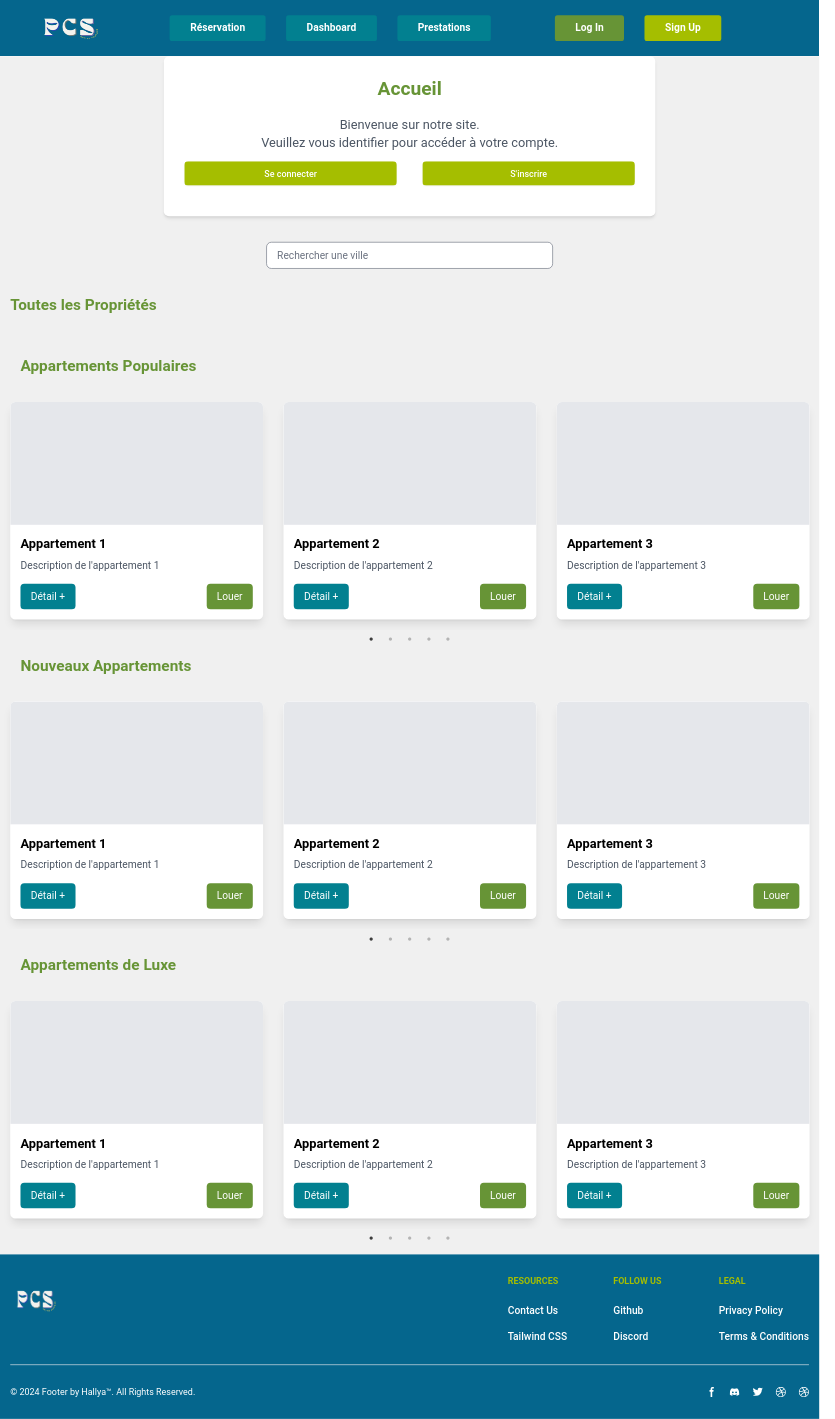
Repository: HATTOUNGBRE/ProjetAnnuel2
Page: /logout (app in FRONT/)
These files come from the project's save history. The page is drawn as it stood at one moment and after the next save; the edit follows.
The browser window is 1280 px wide. The page is 1305 px wide, so the pictures cover 1305 px, including what lies to the right of the window. The pictures show the whole page, at 64% of full size.
The page's requests for data from a server got no answer. The project was rebuilt for these pictures with package versions that can differ from the ones it lists, and the page was loaded fresh each time. No one was signed in, and anything a server would have sent is missing. Also part of the build but not shown: FRONT/vite.config.js, FRONT/src/components/PropertyCard.jsx, FRONT/src/components/Contact.jsx, FRONT/src/components/CatUser.jsx, FRONT/src/components/Login.jsx, FRONT/src/components/prestataire/PrestataireType.jsx, FRONT/src/components/prestataire/PrestataireDetails.jsx, FRONT/src/components/Account.jsx and 14 more.

Above is the page before, as saved 2024-06-27 17:54:14.

### FRONT/src/main.jsx
import React from 'react'
import ReactDOM from 'react-dom/client'
import App from './App.jsx'
import './App.css'
import { AuthProvider } from './components/AuthContext';
import {
  BrowserRouter,
  Route,
  Link
} from "react-router-dom";

ReactDOM.createRoot(document.getElementById('root')).render(
  <React.StrictMode>
    <AuthProvider>
    <App />
    </AuthProvider>
  </React.StrictMode>,
)

### FRONT/src/App.css
@tailwind base;
@tailwind components;
@tailwind utilities;

html, body {
  height: 100%;
  width: 100%;
  margin: 0;
  padding: 0;
  font-family: 'Roboto', sans-serif;
}


.logo {
  height: 5em;
  width: 7em;
  /* will-change: filter; */
  transition: filter 300ms;
}
.logo:hover {
}
.logo.react:hover {
  filter: drop-shadow(0 0 2em #61dafbaa);
}

@keyframes logo-spin {
  from {
    transform: rotate(0deg);
  }
  to {
    transform: rotate(360deg);
  }
}


.card {
  padding: 2em;
}

.read-the-docs {
  color: #888;
}
footer {
  position: absolute;
  left: 0;
  bottom: 0;
  width: 100%;
}
html, body {
  height: 100%;
  margin: 0;
  padding: 0;

}



footer {
  flex-shrink: 0; /* Empêche le pied de page de rétrécir si le contenu est trop grand */
}

.main-content {
  flex: 1;
  padding: 24px;
  overflow-y: auto;
  display: flex;
  flex-direction: column;
}

### FRONT/src/components/AuthContext.jsx
import React, { createContext, useState, useEffect } from 'react';
import Cookies from 'js-cookie';

const AuthContext = createContext();

export const AuthProvider = ({ children }) => {
  const [isLoggedIn, setIsLoggedIn] = useState(false);
  const [userRole, setUserRole] = useState('');
  const [userId, setUserId] = useState(null);
  const [userName, setUserName] = useState('');
  const [userSurname, setUserSurname] = useState('');
  const [category, setCategoryUserId] = useState(null);

  const fetchUserDetails = async (userId) => {
    try {
      const response = await fetch(`http://localhost:8000/api/user/${userId}`);
      const data = await response.json();

      if (response.ok) {
        setIsLoggedIn(true);
        setUserId(data.id);
        setUserName(data.name);
        setUserSurname(data.surname);
        setCategoryUserId(data.category_user);
        setUserRole(Cookies.get('role')); // Ensure the role is set from the cookie
      } else {
        setIsLoggedIn(false);
        setUserId(null);
        setUserName('');
        setUserSurname('');
        setCategoryUserId(null);
        setUserRole('');
      }
    } catch (error) {
      console.error('Error fetching user details:', error);
    }
  };

  useEffect(() => {
    const token = Cookies.get('authToken');
    const storedUserRole = Cookies.get('role');
    const storedUserId = Cookies.get('userId');

    if (token && storedUserId) {
      setIsLoggedIn(true);
      setUserRole(storedUserRole || '');
      fetchUserDetails(storedUserId); // Fetch user details
    }
  }, []);

  const login = (token, role, userId, userName, userSurname, category) => {
    Cookies.set('authToken', token, { expires: 1 });
    Cookies.set('role', role, { expires: 1 });
    Cookies.set('userId', userId, { expires: 1 });
    Cookies.set('userName', userName, { expires: 1 });
    Cookies.set('userSurname', userSurname, { expires: 1 });
    Cookies.set('category', category, { expires: 1 });

    setIsLoggedIn(true);
    setUserRole(role);
    setUserId(userId);
    setUserName(userName);
    setUserSurname(userSurname);
    setCategoryUserId(category);
  };

  const logout = () => {
    Cookies.remove('authToken');
    Cookies.remove('role');
    Cookies.remove('userId');
    Cookies.remove('userName');
    Cookies.remove('userSurname');
    Cookies.remove('category');

    setIsLoggedIn(false);
    setUserRole('');
    setUserId(null);
    setUserName('');
    setUserSurname('');
    setCategoryUserId(null);
  };

  return (
    <AuthContext.Provider value={{ isLoggedIn, userRole, userId, userName, userSurname, category, login, logout, fetchUserDetails }}>
      {children}
    </AuthContext.Provider>
  );
};

export default AuthContext;

### FRONT/src/components/Header.jsx
import { useState, useEffect } from 'react';
import Nav from './Nav';
import { Link } from "react-router-dom";

function Header(props) {
  const { isLoggedIn, userRole } = props;

  return (
    <div>
      <header className="bg-pcs-200 sticky top-0 z-[20]">
        <nav className="bg-pcs-200 border-gray-200 dark:bg-gray-900 w-full">
          <div className="w-full flex flex-wrap items-center justify-around p-1">
            <Link to="/" className="flex items-center space-x-3 rtl:space-x-reverse">
              <img src="/public/images/fullDay.png" className="h-8 logo" alt="PCSLogo" />
            </Link>
            <Nav isLoggedIn={isLoggedIn} userRole={userRole} />
            <button
              data-collapse-toggle="navbar-default"
              type="button"
              className="inline-flex items-center p-2 w-10 h-10 justify-center text-sm text-gray-500 rounded-lg md:hidden focus:outline-none focus:ring-2 focus:ring-gray-200 dark:text-gray-400 dark:focus:ring-gray-600"
              aria-controls="navbar-default"
              aria-expanded="false"
            >
              <span className="sr-only">Open main menu</span>
              <svg
                className="w-5 h-5"
                aria-hidden="true"
                xmlns="http://www.w3.org/2000/svg"
                fill="none"
                viewBox="0 0 17 14"
              >
                <path
                  stroke="currentColor"
                  strokeLinecap="round"
                  strokeLinejoin="round"
                  strokeWidth="2"
                  d="M1 1h15M1 7h15M1 13h15"
                />
              </svg>
            </button>
            <div className="hidden w-full md:block md:w-auto" id="navbar-default"></div>
          </div>
        </nav>
      </header>
    </div>
  );
}

export default Header;

### FRONT/src/components/Main.jsx
// src/components/Main.jsx
import React, { useState, useContext, useEffect } from 'react';
import AuthContext from './AuthContext';
import { Link } from 'react-router-dom';
import PropertyRow from './PropertyRow';
import Slider from 'react-slick';
import 'slick-carousel/slick/slick.css';
import 'slick-carousel/slick/slick-theme.css';

function Main() {
  const { isLoggedIn, userRole } = useContext(AuthContext);

  const [searchTerm, setSearchTerm] = useState('');
  const [cities, setCities] = useState([]);

  useEffect(() => {
    if (searchTerm.length >= 2) {
      searchCities(searchTerm);
    } else {
      setCities([]);
    }
  }, [searchTerm]);

  const searchCities = async (term) => {
    try {
      const response = await fetch(`https://geo.api.gouv.fr/communes?nom=${term}&fields=departement&boost=population&limit=5`);
      const data = await response.json();
      setCities(data);
    } catch (error) {
      console.error('Error fetching cities:', error);
    }
  };

  const sliderSettings = {
    dots: true,
    infinite: true,
    speed: 500,
    slidesToShow: 3,
    slidesToScroll: 1,
    responsive: [
      {
        breakpoint: 1024,
        settings: {
          slidesToShow: 2,
          slidesToScroll: 1,
          infinite: true,
          dots: true
        }
      },
      {
        breakpoint: 600,
        settings: {
          slidesToShow: 1,
          slidesToScroll: 1
        }
      }
    ]
  };

  return (
    <div className="min-h-screen bg-pcs-100 flex flex-col items-center  justify-center">
      <div className="max-w-3xl w-full p-8 bg-white shadow-md rounded-lg text-center">
        <h1 className="text-3xl font-semibold text-pcs-400 mb-6">Accueil</h1>
        {isLoggedIn ? (
          <p className="text-xl text-pcs-300">
            Vous êtes connecté.e en tant que <span className="font-bold">{userRole}</span>
          </p>
        ) : (
          <div>
            <p className="text-xl text-gray-600">Bienvenue sur notre site.</p>
            <p className="text-xl text-gray-600">Veuillez vous identifier pour accéder à votre compte.</p>
            <div className='flex justify-center mt-4 space-x-10'>
              <button className='w-full px-4 mb-4 py-2 text-sm font-medium text-white bg-pcs-300 border border-transparent rounded-md shadow-sm hover:bg-pcs-400'>
                <Link to="/components/catUser">Se connecter</Link>
              </button>
              <button className='w-full px-4 mb-4 py-2 text-sm font-medium text-white bg-pcs-300 border border-transparent rounded-md shadow-sm hover:bg-pcs-400'>
                <Link to="/components/inscription">S'inscrire</Link>
              </button>
            </div>
          </div>
        )}
      </div>

      {/* Barre de recherche de villes */}
      <div className="mt-10 w-full max-w-md">
        <input
          type="text"
          className="w-full px-4 py-2 border rounded-lg focus:outline-none focus:ring-2 focus:ring-blue-500"
          placeholder="Rechercher une ville"
          value={searchTerm}
          onChange={(e) => setSearchTerm(e.target.value)}
        />
        {cities.length > 0 && (
          <ul className="mt-2 bg-white border rounded-lg">
            {cities.map((city) => (
              <li key={city.code} className="px-4 py-2 border-b last:border-b-0">
                {city.nom} ({city.departement.nom})
              </li>
            ))}
          </ul>
        )}
      </div>

      {/* Categories with carousels */}
      <PropertyRow title="Toutes les Propriétés" apiUrl="http://localhost:8000/api/properties" />
      <div className="mt-10 w-full">
        <h2 className=" ml-8 text-2xl font-semibold text-pcs-400 mb-6">Appartements Populaires</h2>
        <Slider {...sliderSettings}>
          {[1, 2, 3, 4, 5].map(item => (
            <div key={item} className="p-4">
              <div className="bg-white shadow-lg rounded-lg overflow-hidden">
                <div className="h-48 bg-gray-200"></div>
                <div className="p-4">
                  <h3 className="text-xl font-semibold mb-2">Appartement {item}</h3>
                  <p className="text-gray-600 mb-4">Description de l'appartement {item}</p>
                  <div className="flex justify-between">
                    <button className="bg-pcs-250 hover:bg-pcs-200 text-white py-2 px-4 rounded-md">Détail +</button>
                    <button className="bg-pcs-400 text-white py-2 px-4 rounded-md">Louer</button>
                  </div>
                </div>
              </div>
            </div>
          ))}
        </Slider>
      </div>

      <div className="mt-10 w-full">
        <h2 className=" ml-8 text-2xl font-semibold text-pcs-400 mb-6">Nouveaux Appartements</h2>
        <Slider {...sliderSettings}>
          {[1, 2, 3, 4, 5].map(item => (
            <div key={item} className="p-4">
              <div className="bg-white shadow-lg rounded-lg overflow-hidden">
                <div className="h-48 bg-gray-200"></div>
                <div className="p-4">
                  <h3 className="text-xl font-semibold mb-2">Appartement {item}</h3>
                  <p className="text-gray-600 mb-4">Description de l'appartement {item}</p>
                  <div className="flex justify-between">
                    <button className="bg-pcs-250 hover:bg-pcs-200 text-white py-2 px-4 rounded-md">Détail +</button>
                    <button className="bg-pcs-400 text-white py-2 px-4 rounded-md">Louer</button>
                  </div>
                </div>
              </div>
            </div>
          ))}
        </Slider>
      </div>

      <div className="mt-10 mb-10 w-full">
        <h2 className=" ml-8 text-2xl font-semibold text-pcs-400 mb-6">Appartements de Luxe</h2>
        <Slider {...sliderSettings}>
          {[1, 2, 3, 4, 5].map(item => (
            <div key={item} className="p-4">
              <div className="bg-white shadow-lg rounded-lg overflow-hidden">
                <div className="h-48 bg-gray-200"></div>
                <div className="p-4">
                  <h3 className="text-xl font-semibold mb-2">Appartement {item}</h3>
                  <p className="text-gray-600 mb-4">Description de l'appartement {item}</p>
                  <div className="flex justify-between">
                    <button className="bg-pcs-250 hover:bg-pcs-200 text-white py-2 px-4 rounded-md">Détail +</button>
                    <button className="bg-pcs-400 text-white py-2 px-4 rounded-md">Louer</button>
                  </div>
                </div>
              </div>
            </div>
          ))}
        </Slider>
      </div>
    </div>
  );
}

export default Main;

### FRONT/src/components/Nav.jsx
import { Link } from "react-router-dom";

function Nav(props) {
    const { isLoggedIn, userRole } = props;

    console.log('isLoggedIn page NAV:', isLoggedIn);
    return (
        <>
            <div className='flex space-x-8'>
                <Link to={`/${userRole}/Reservation`}>
                    <button className="bg-pcs-250 hover:bg-pcs-300 text-white font-bold py-2 px-8 rounded">
                        Réservation
                    </button>
                </Link>

                <Link to={`/components/dashboard/${userRole}`}>
                    <button className="bg-pcs-250 hover:bg-pcs-300 text-white font-bold py-2 px-8 rounded">
                        Dashboard
                    </button>
                </Link>

                <Link to={`/${userRole}/Prestation`}>
                    <button className="bg-pcs-250 hover:bg-pcs-300 text-white font-bold py-2 px-8 rounded">
                        Prestations
                    </button>
                </Link>
            </div>
            {isLoggedIn ? (
                <div className='flex space-x-8'>
                    <Link to='/account'>
                        <button className="bg-pcs-400 hover:bg-pcs-700 text-white font-bold py-2 px-8 rounded">
                            Account
                        </button>
                    </Link>
                    <Link to='/logout'>
                        <button className="bg-pcs-300 hover:bg-pcs-600 text-white font-bold py-2 px-8 rounded">
                            Log out
                        </button>
                    </Link>

                </div>
            ) : (
                <div className='flex space-x-8'>
                    <Link to='/components/catuser'>
                        <button className="bg-pcs-400 hover:bg-pcs-700 text-white font-bold py-2 px-8 rounded">
                            Log In
                        </button>
                    </Link>

                    <Link to='/components/Inscription'>
                        <button className="bg-pcs-300 hover:bg-pcs-600 text-white font-bold py-2 px-8 rounded">
                            Sign Up
                        </button>
                    </Link>
                </div>
            )}
        </>
    );
};

export default Nav;

### FRONT/src/components/LogOut.jsx
import React, { useContext, useEffect } from 'react';
import { useNavigate } from 'react-router-dom';
import AuthContext from './AuthContext';

const LogOut = () => {
  const { logout } = useContext(AuthContext);
  const navigate = useNavigate();

  useEffect(() => {
    logout();
    navigate('/');
  }, [logout, navigate]);

  return null;
};

export default LogOut;

### FRONT/src/components/PropertyRow.jsx
// src/components/PropertyRow.jsx
import React, { useEffect, useState } from 'react';
import Slider from 'react-slick';
import PropertyCard from './PropertyCard';
import 'slick-carousel/slick/slick.css';
import 'slick-carousel/slick/slick-theme.css';

const PropertyRow = ({ title, apiUrl }) => {
  const [properties, setProperties] = useState([]);

  useEffect(() => {
    const fetchProperties = async () => {
      try {
        const response = await fetch(apiUrl);
        const data = await response.json();
        setProperties(data);
      } catch (error) {
        console.error('Error fetching properties:', error);
      }
    };

    fetchProperties();
  }, [apiUrl]);

  const sliderSettings = {
    dots: true,
    infinite: true,
    speed: 500,
    slidesToShow: 3,
    slidesToScroll: 1,
    responsive: [
      {
        breakpoint: 1024,
        settings: {
          slidesToShow: 2,
          slidesToScroll: 1,
          infinite: true,
          dots: true
        }
      },
      {
        breakpoint: 600,
        settings: {
          slidesToShow: 1,
          slidesToScroll: 1
        }
      }
    ]
  };

  return (
    <div className="mt-10 w-full">
      <h2 className=" ml-4 text-2xl font-semibold text-pcs-400 mb-6">{title}</h2>
      <Slider {...sliderSettings}>
        {properties.map(property => (
          <div key={property.id} className="p-4">
            <PropertyCard property={property} />
          </div>
        ))}
      </Slider>
    </div>
  );
};

export default PropertyRow;

Loaded but not shown: FRONT/index.html (common file); FRONT/tailwind.config.js (26 lines, source omitted); FRONT/src/components/Footer.jsx (91 lines, source omitted); FRONT/src/App.jsx (95 lines, source omitted)

After the next save:
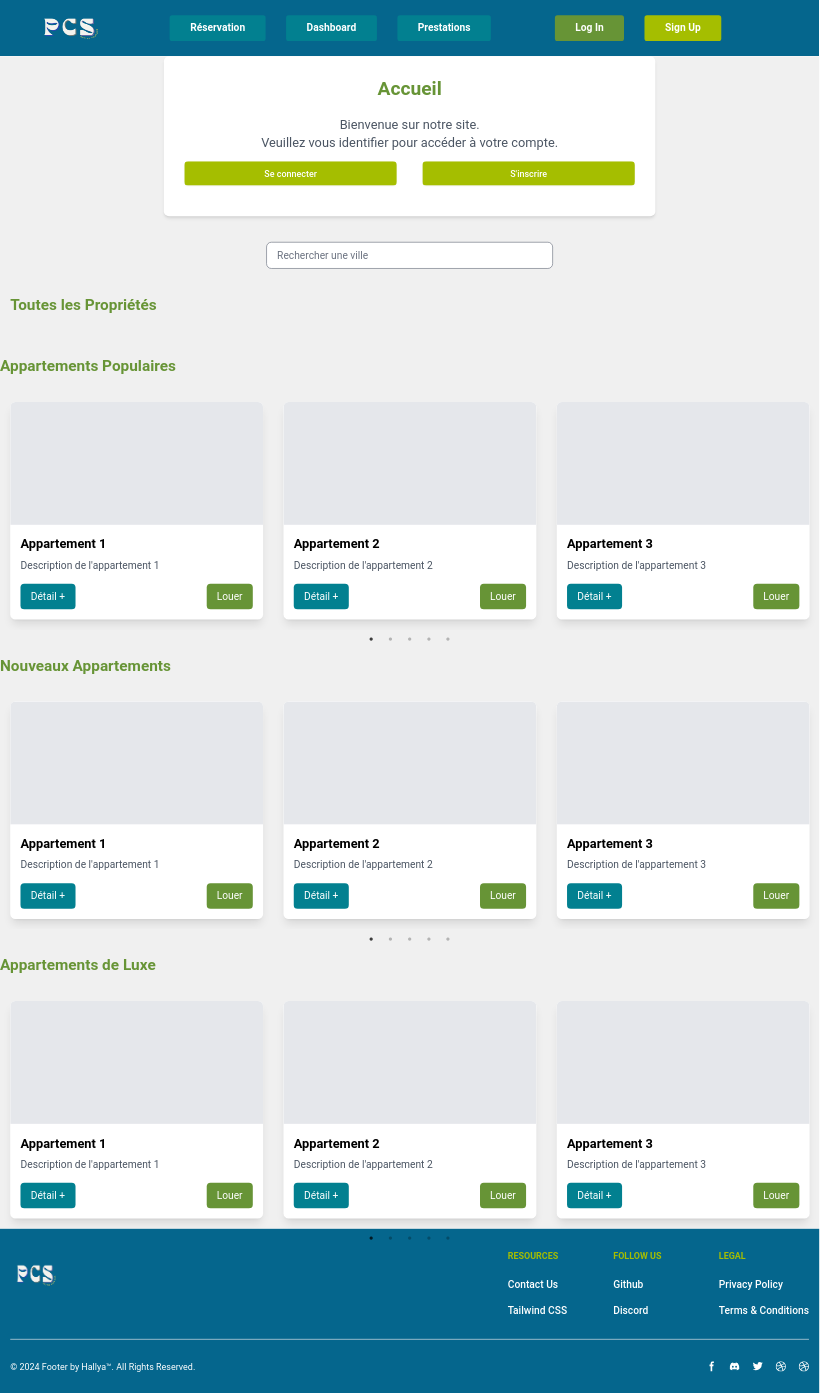
Saved 90 s later.
--- a/FRONT/src/components/Main.jsx
+++ b/FRONT/src/components/Main.jsx
@@ -58,7 +58,7 @@ function Main() {
   };
 
   return (
-    <div className="min-h-screen bg-pcs-100 flex flex-col items-center  justify-center">
+    <div className="min-h-screen bg-pcs-100 flex flex-col items-center justify-center">
       <div className="max-w-3xl w-full p-8 bg-white shadow-md rounded-lg text-center">
         <h1 className="text-3xl font-semibold text-pcs-400 mb-6">Accueil</h1>
         {isLoggedIn ? (
@@ -104,7 +104,7 @@ function Main() {
       {/* Categories with carousels */}
       <PropertyRow title="Toutes les Propriétés" apiUrl="http://localhost:8000/api/properties" />
       <div className="mt-10 w-full">
-        <h2 className=" ml-8 text-2xl font-semibold text-pcs-400 mb-6">Appartements Populaires</h2>
+        <h2 className="text-2xl font-semibold text-pcs-400 mb-6">Appartements Populaires</h2>
         <Slider {...sliderSettings}>
           {[1, 2, 3, 4, 5].map(item => (
             <div key={item} className="p-4">
@@ -125,7 +125,7 @@ function Main() {
       </div>
 
       <div className="mt-10 w-full">
-        <h2 className=" ml-8 text-2xl font-semibold text-pcs-400 mb-6">Nouveaux Appartements</h2>
+        <h2 className="text-2xl font-semibold text-pcs-400 mb-6">Nouveaux Appartements</h2>
         <Slider {...sliderSettings}>
           {[1, 2, 3, 4, 5].map(item => (
             <div key={item} className="p-4">
@@ -145,8 +145,8 @@ function Main() {
         </Slider>
       </div>
 
-      <div className="mt-10 mb-10 w-full">
-        <h2 className=" ml-8 text-2xl font-semibold text-pcs-400 mb-6">Appartements de Luxe</h2>
+      <div className="mt-10 w-full">
+        <h2 className="text-2xl font-semibold text-pcs-400 mb-6">Appartements de Luxe</h2>
         <Slider {...sliderSettings}>
           {[1, 2, 3, 4, 5].map(item => (
             <div key={item} className="p-4">
